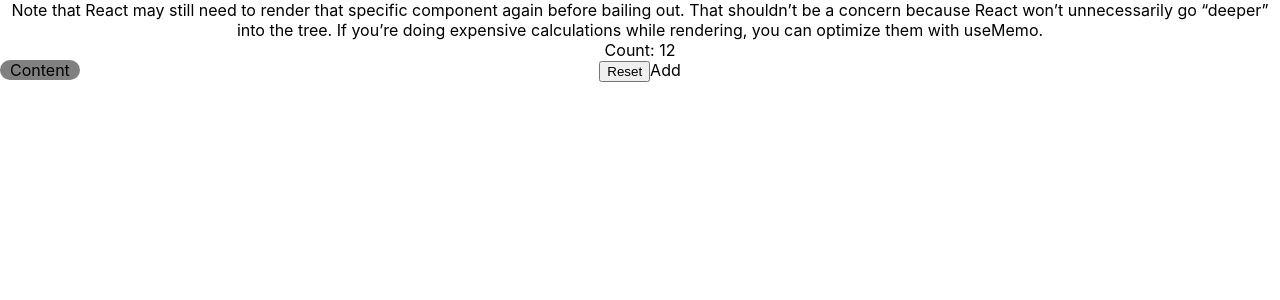
Repository: Farbod29/React-text-highlighter-with-hook-
Page: /
These files come from the project's save history. The page is drawn as it stood at one moment and after the next save; the edit follows.
The browser window is 1280 px wide. The pictures show the whole page.
The project was rebuilt for these pictures with package versions that can differ from the ones it lists, and the page was loaded fresh each time.

Above is the page before, as saved 2022-02-18 21:06:50.

After the next save:
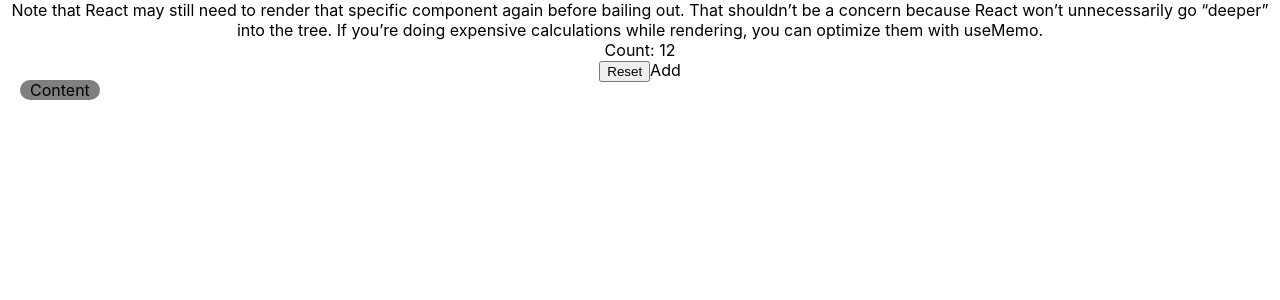
Saved 10 s later.
--- a/src/highlighter.js
+++ b/src/highlighter.js
@@ -25,7 +25,7 @@ export default function Highlighter() {
             position: 'fixed',
             height: '100 px',
             width: '500 vi',
-            margin: '20x',
+            margin: '20px',
             borderRadius: '12px',
             backgroundColor: 'gray',
             inline: true,
